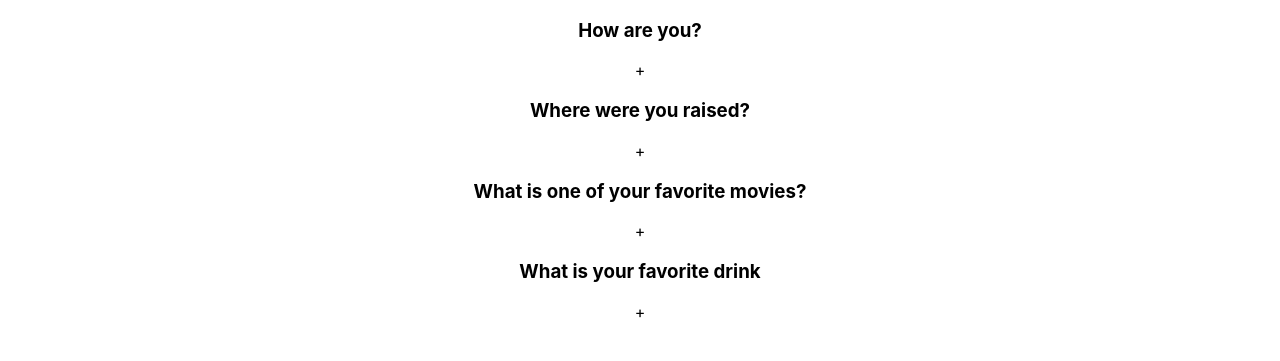
Repository: kosenijr/react-projects
Page: / (app in accordion/)
These files come from the project's save history. The page is drawn as it stood at one moment and after the next save; the edit follows.
The browser window is 1280 px wide. The pictures show the whole page.
The project was rebuilt for these pictures with package versions that can differ from the ones it lists, and the page was loaded fresh each time.

Above is the page before, as saved 2024-03-02 18:14:46.

### accordion/src/App.js
import React from "react";
import "./App.css";
import Accordion from "./components/Accordion";

function App() {
  return (
    <div className="App">
      <Accordion />
    </div>
  );
}

export default App;

### accordion/src/components/Accordion.js
import React, { useState } from "react";
import styles from "../styles/Accordion.css";
import data from "../data";

function Accordion() {
  // setting up useState
  const [selected, setSelected] = useState(null);
  // setting up handling
  const handleSingleSelection = (getCurrentId) => {
    console.log(selected, getCurrentId);
    // setSelected(getCurrentId === selected ? null : getCurrentId); // keep add condition for closure
    setSelected(selected !== getCurrentId ? getCurrentId : null)
  };

  return (
    <div className="wrapper">
      {/* single selection accordion */}
      <div className="accordion">
        {data && data.length > 0 ? (
          data.map((dataItem) => (
            <div className="item" key={dataItem.id}>
              {" "}
              {/* always remember to add key */}
              <div
                className="title"
                onClick={() => handleSingleSelection(dataItem.id)}
              >
                <h3>{dataItem.question}</h3>
                <span>+</span>
              </div>
              {selected === dataItem.id ? (
                <div className="content ">{dataItem.answer}</div>
              ) : null}
            </div>
          ))
        ) : (
          <div>No data found!</div>
        )}
      </div>
    </div>
  );
}

export default Accordion;

### accordion/src/styles/Accordion.css
.accordion {

}

### accordion/src/data.js
const data = [
  {
    id: 1,
    question: "How are you?",
    answer: "I am well!",
  },

  {
    id: 2,
    question: "Where were you raised?",
    answer: "I was raised in Queens.",
  },

  {
    id: 3,
    question: "What is one of your favorite movies?",
    answer: "Harlem Nights",
  },

  {
    id: 4,
    question: "What is your favorite drink",
    answer: "Water",
  },
];

export default data;

Loaded but not shown: accordion/public/index.html (common file); accordion/src/index.js (common file); accordion/src/index.css (common file); accordion/src/reportWebVitals.js (common file); accordion/src/App.css (common file)

After the next save:
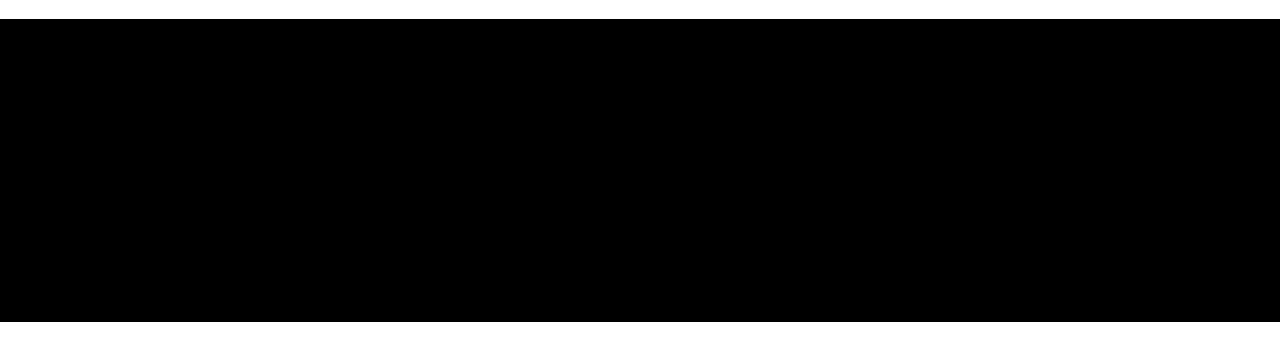
Saved 4 h 6 min later.
--- a/accordion/src/styles/Accordion.css
+++ b/accordion/src/styles/Accordion.css
@@ -1,3 +1,6 @@
+.wrapper {
+  background-color: black;
+}
 .accordion {
 
 }
